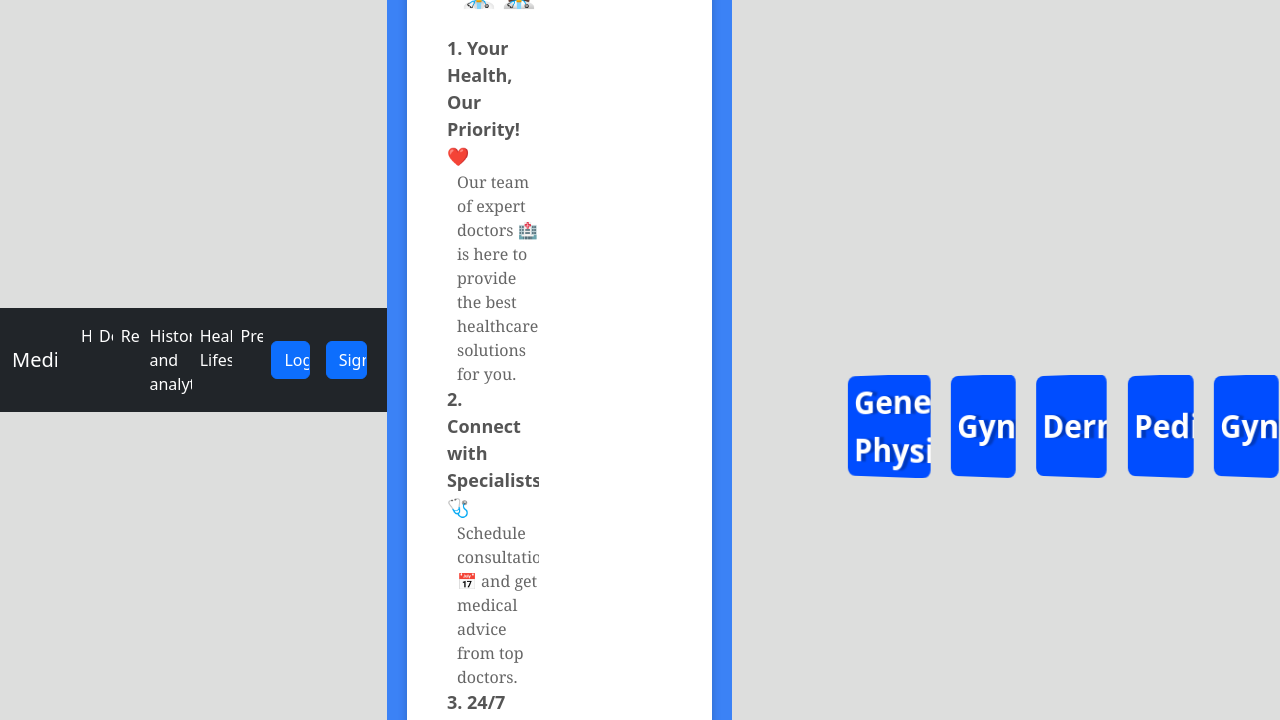
Repository: rahul-chakradhari/PillWise
Page: /doctors (app in frontend/)
These files come from the project's save history. The page is drawn as it stood at one moment and after the next save; the edit follows.
The browser window is 1280 px wide. The pictures show the whole page.
The page's requests for data from a server got no answer. The project was rebuilt for these pictures with package versions that can differ from the ones it lists, and the page was loaded fresh each time. No one was signed in, and anything a server would have sent is missing. Also part of the build but not shown: frontend/vite.config.js, frontend/src/components/Home.jsx, frontend/src/components/History.jsx, frontend/src/components/Remainder.jsx, frontend/src/components/Healthy.jsx, frontend/src/components/Prescription.jsx.

Above is the page before, as saved 2025-03-06 18:14:30.

After the next save:
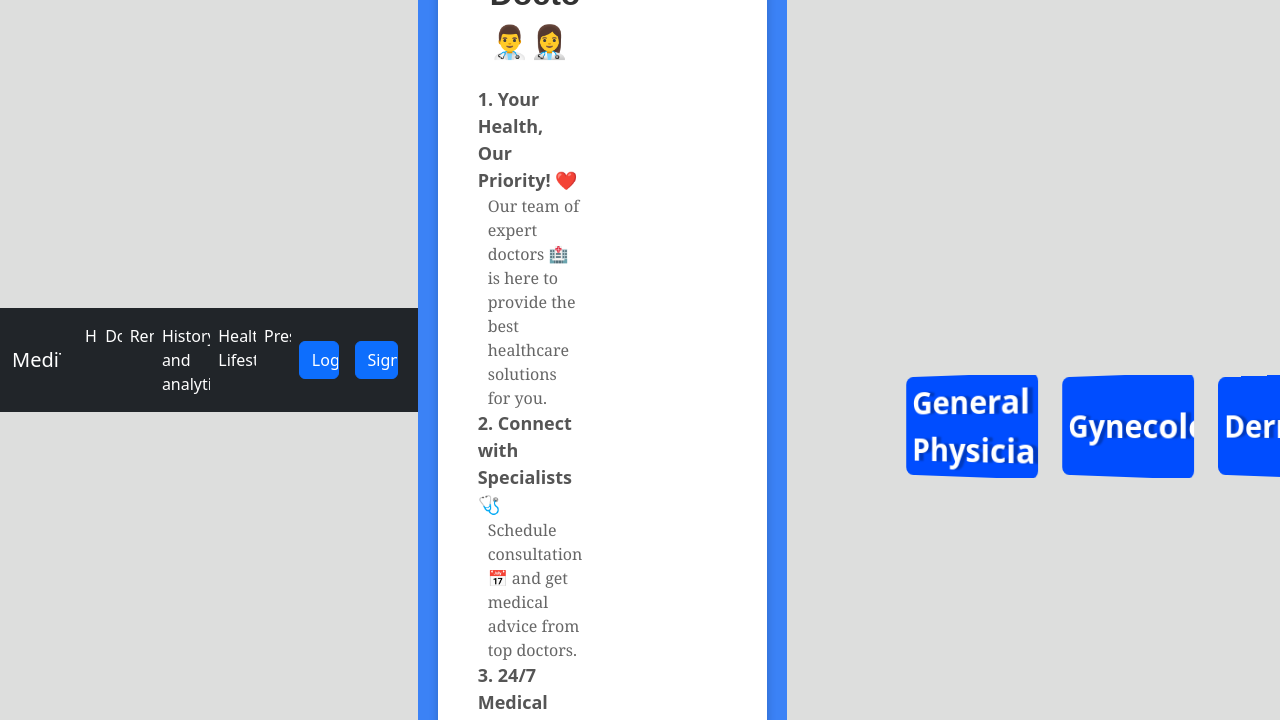
Saved 74 s later.
--- a/frontend/src/components/styles.css
+++ b/frontend/src/components/styles.css
@@ -119,6 +119,8 @@
 }
 
 .button-92 {
+  max-width: 200px;
+  min-width: 140px;
   font-weight: bold;
   font-size: 2rem;
   margin: 0;
